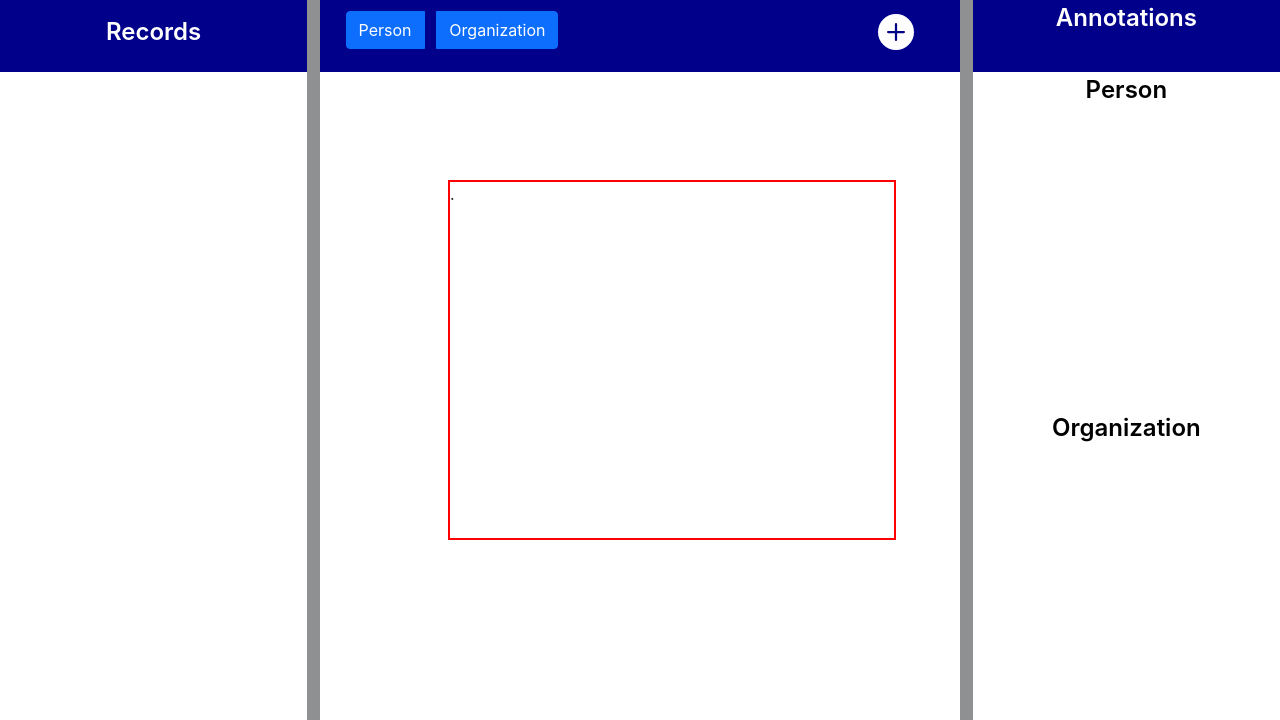
Repository: napan24/classforma_assignment
Page: / (app in client/)
An editor plug-in stored every save of this project. The page is shown before and after the next save, followed by the edit.
The browser window is 1280 px wide. The pictures show the whole page.
The project was rebuilt for these pictures with package versions that can differ from the ones it lists, and the page was loaded fresh each time. Also part of the build but not shown: client/src/App.css.

Above is the page before, as saved 2022-07-20 16:39:09.

### client/public/index.html
<!DOCTYPE html>
<html lang="en">
  <head>
    <meta charset="utf-8" />
    <link rel="icon" href="%PUBLIC_URL%/favicon.ico" />
    <meta name="viewport" content="width=device-width, initial-scale=1" />
    <meta name="theme-color" content="#000000" />
    <meta
      name="description"
      content="Web site created using create-react-app"
    />
    <link href="https://cdn.jsdelivr.net/npm/bootstrap@5.1.3/dist/css/bootstrap.min.css" rel="stylesheet" integrity="sha384-1BmE4kWBq78iYhFldvKuhfTAU6auU8tT94WrHftjDbrCEXSU1oBoqyl2QvZ6jIW3" crossorigin="anonymous">
    <link rel="apple-touch-icon" href="%PUBLIC_URL%/logo192.png" />
    <!--
      manifest.json provides metadata used when your web app is installed on a
      user's mobile device or desktop. See https://developers.google.com/web/fundamentals/web-app-manifest/
    -->
    <link rel="manifest" href="%PUBLIC_URL%/manifest.json" />
    <!--
      Notice the use of %PUBLIC_URL% in the tags above.
      It will be replaced with the URL of the `public` folder during the build.
      Only files inside the `public` folder can be referenced from the HTML.

      Unlike "/favicon.ico" or "favicon.ico", "%PUBLIC_URL%/favicon.ico" will
      work correctly both with client-side routing and a non-root public URL.
      Learn how to configure a non-root public URL by running `npm run build`.
    -->
    <title>React App</title>
  </head>
  <body>
    <noscript>You need to enable JavaScript to run this app.</noscript>
    <div id="root"></div>
    <!--
      This HTML file is a template.
      If you open it directly in the browser, you will see an empty page.

      You can add webfonts, meta tags, or analytics to this file.
      The build step will place the bundled scripts into the <body> tag.

      To begin the development, run `npm start` or `yarn start`.
      To create a production bundle, use `npm run build` or `yarn build`.
    -->
    <script src="https://cdn.jsdelivr.net/npm/bootstrap@5.1.3/dist/js/bootstrap.bundle.min.js" integrity="sha384-ka7Sk0Gln4gmtz2MlQnikT1wXgYsOg+OMhuP+IlRH9sENBO0LRn5q+8nbTov4+1p" crossorigin="anonymous"></script>
  </body>
</html>

### client/src/App.js
import logo from './logo.svg';
import './App.css';
import Home from './Home';

function App() {
  return (
    <>
      <Home></Home>
    </>
  );
}

export default App;

### client/src/Home.js
'strict origin'
import React, { useState, useEffect } from 'react'
const Home = () => {
    const [textField, setTextField] = useState();
    const [person, setPerson] = useState();
    const [place, setPlace] = useState();
    const [personName, setPersonName] = useState(['']);
    const [placeName, setPlaceName] = useState(['']);
    useEffect(() => {
        if (textField) {
            trending();
        }
    }, [textField])
    const trending = async () => {
        const res = await fetch("/", {
            method: 'POST',
            headers: {
                "Content-Type": "application/json"
            },
            body: JSON.stringify({ textField })
        });
        const result = await res.json();
        console.log(result);
        setPerson(result.filter((arr) => arr.type == 'Person'));
        setPlace(result.filter((arr) => arr.type[0] == 'Place'||arr.type[0] == 'PopulatedPlace'||arr.type[0] == 'Settlement'||arr.type[0] == 'City'));
    };
    useEffect(() => {
        setPersonName(['']);
        if (person) {
            person.forEach(function (arrayItem) {
                setPersonName(curr => [...curr, arrayItem.entityId]);
            });
        }
    }, [person])
    useEffect(() => {
        setPlaceName(['']);
        if (place) {
            console.log(place);
            place.forEach(function (arrayItem) {
                setPlaceName(curr => [...curr, arrayItem.entityId]);
            });
        }
    }, [place])
    const showFile = async (e) => {
        e.preventDefault()
        const reader = new FileReader()
        reader.onload = async (e) => {
            const text = (e.target.result)
            setTextField(text);
        };
        reader.readAsText(e.target.files[0])
    }
    function replace(e) {
        var data = e.currentTarget.parentElement.querySelector('.userName').innerHTML;
        setTextField(textField.replace(data, ''));
    }
    return (
        <>
        <div style={{height:"50vh",width:"35vw",backgroundColor:"white",position:"absolute",zIndex:'2',left:"35%",top:"25%",border:"2px solid red"}}>
            .
        </div>
            <div style={{ display: 'flex', width: "100vw", height: "100vh", backgroundColor: "#8f9091", overflow: "hidden" }}>
                <div style={{ width: "24vw", height: "100vh", backgroundColor: "white", marginRight: "1vw" }}>
                    <div style={{ width: "24vw", height: "10vh", backgroundColor: "#00008b", textAlign: 'center', fontSize: '150%', color: "white", fontWeight: "600", position: "fixed" }}>
                        <p style={{ marginTop: "2vh" }}>
                            Records
                        </p>
                    </div>
                    <div>

                    </div>
                </div>
                <div style={{ width: "50vw", height: "100vh", backgroundColor: "white", marginRight: "1vw", overflowY: "unset" }}>
                    <div style={{ width: "50vw", height: "10vh", backgroundColor: "#00008b", position: 'relative', overflowY: 'hidden' }}>
                        <div class="btn-group" style={{ marginTop: "1.5vh", marginLeft: "2vw" }}>
                            <button type="button" class="btn btn-primary" style={{ marginRight: "1vw" }}>Person</button>
                            <button type="button" class="btn btn-primary">Organization</button>
                        </div>
                        <label for="file">
                            <svg style={{ width: "20%", height: "50%", position: "absolute", right: "0", top: "2vh", color: "white" }} xmlns="http://www.w3.org/2000/svg" fill="currentColor" class="bi bi-plus-circle-fill" viewBox="0 0 16 16">
                                <path d="M16 8A8 8 0 1 1 0 8a8 8 0 0 1 16 0zM8.5 4.5a.5.5 0 0 0-1 0v3h-3a.5.5 0 0 0 0 1h3v3a.5.5 0 0 0 1 0v-3h3a.5.5 0 0 0 0-1h-3v-3z" />
                            </svg>
                        </label>
                        <input type="file" id="file" onChange={(e) => showFile(e)} style={{ display: "none" }} />
                    </div>
                    <div style={{ width: "48vw", height: "85vh", marginLeft: "2vw", marginTop: "5vh", overflowY: "scroll" }}>
                        {textField}
                    </div>
                </div>
                <div style={{ width: "24vw", height: "100vh", backgroundColor: "white" }}>
                    <div style={{ width: "24vw", height: "10vh", backgroundColor: "#00008b", textAlign: 'center', fontSize: '150%', color: "white", fontWeight: "600" }}>
                        <p>
                            Annotations
                        </p>
                    </div>
                    <div style={{ width: "24vw", height: "5vh", backgroundColor: "white", textAlign: 'center', fontSize: '150%', color: "black", fontWeight: "600",marginBottom:"2vh" }}>
                        <p>
                            Person
                        </p>
                    </div>
                    <div style={{ maxWidth: "24vw", height: "40vh", backgroundColor: "white", textAlign: 'center', fontSize: '150%', color: "black", fontWeight: "600", zIndex: "2", overflowY: "scroll", overflowX: "hidden" }}>
                        {personName && personName.map((user) => (
                            user.length > 0 && <div style={{ width: "24vw", color: "black", height: "3vh", fontSize: "2vh", position: 'relative', borderBottom: '1px solid black' }}>
                                <span className='userName' style={{ width: "12vw" }}>
                                    {user}
                                </span>
                                <svg onClick={(e) => { replace(e) }} style={{ width: "3.5vw", height: "3.5vh", position: 'absolute', right: "0vw", top: "0vh" }} xmlns="http://www.w3.org/2000/svg" style={{ height: "3vh", width: "2vw", color: 'red' }} fill="currentColor" class="bi bi-x" viewBox="0 0 16 16">
                                    <path d="M4.646 4.646a.5.5 0 0 1 .708 0L8 7.293l2.646-2.647a.5.5 0 0 1 .708.708L8.707 8l2.647 2.646a.5.5 0 0 1-.708.708L8 8.707l-2.646 2.647a.5.5 0 0 1-.708-.708L7.293 8 4.646 5.354a.5.5 0 0 1 0-.708z" />
                                </svg>
                            </div>
                        ))}
                    </div>
                    <div style={{ width: "24vw", height: "5vh", backgroundColor: "white", textAlign: 'center', fontSize: '150%', color: "black", fontWeight: "600",marginBottom:"2vh" }}>
                        <p>
                            Organization
                        </p>
                    </div>
                    <div style={{ width: "24vw", height: "40vh", backgroundColor: "white", textAlign: 'center', fontSize: '150%', color: "black", fontWeight: "600", overflowY: "scroll" }}>
                        {placeName && placeName.map((user) => (
                            user.length > 0 && <div style={{ width: "24vw", color: "black", height: "3vh", fontSize: "2vh", position: 'relative', borderBottom: '1px solid black' }}>
                                <span className='userName' style={{ width: "12vw" }}>
                                    {user}
                                </span>
                                <svg onClick={(e) => { replace(e) }} style={{ width: "3.5vw", height: "3.5vh", position: 'absolute', right: "0vw", top: "0vh" }} xmlns="http://www.w3.org/2000/svg" style={{ height: "3vh", width: "2vw", color: 'red' }} fill="currentColor" class="bi bi-x" viewBox="0 0 16 16">
                                    <path d="M4.646 4.646a.5.5 0 0 1 .708 0L8 7.293l2.646-2.647a.5.5 0 0 1 .708.708L8.707 8l2.647 2.646a.5.5 0 0 1-.708.708L8 8.707l-2.646 2.647a.5.5 0 0 1-.708-.708L7.293 8 4.646 5.354a.5.5 0 0 1 0-.708z" />
                                </svg>
                            </div>
                        ))}
                    </div>
                </div>
            </div>
        </>
    )
}

export default Home

Loaded but not shown: client/src/index.js (common file); client/src/index.css (common file); client/src/reportWebVitals.js (common file)

After the next save:
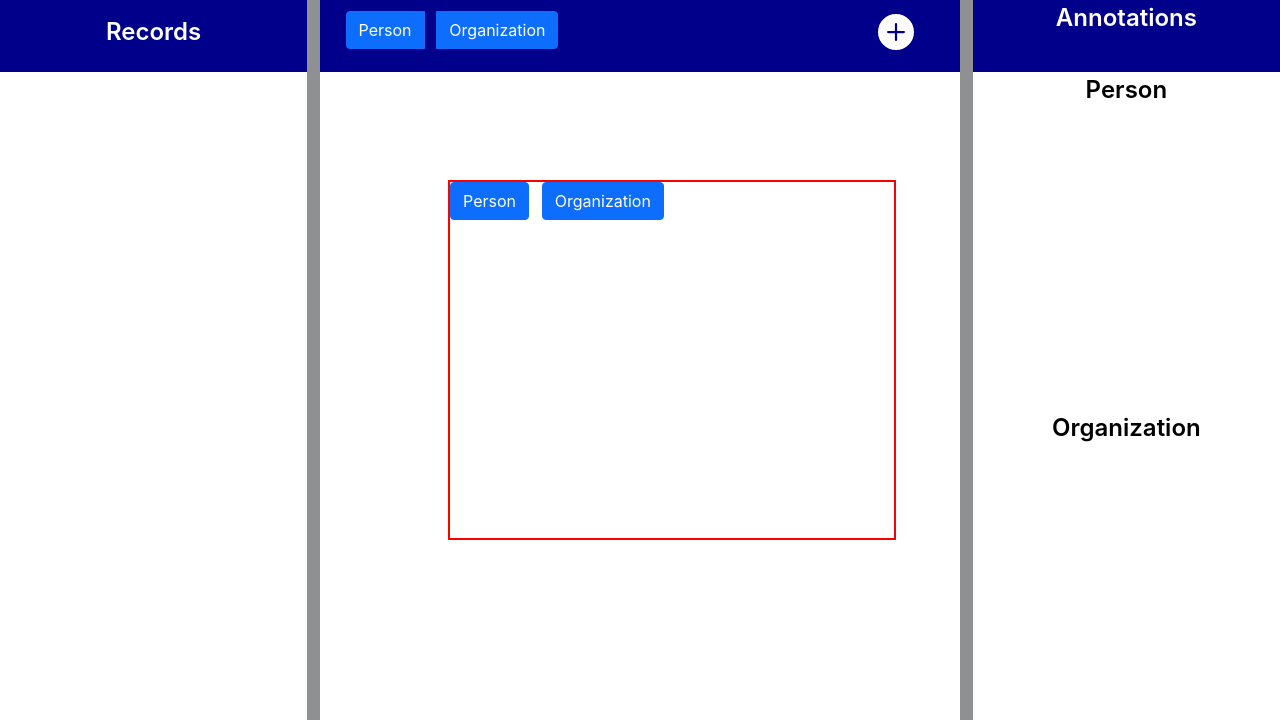
Saved 65 s later.
--- a/client/src/Home.js
+++ b/client/src/Home.js
@@ -22,7 +22,7 @@ const Home = () => {
         const result = await res.json();
         console.log(result);
         setPerson(result.filter((arr) => arr.type == 'Person'));
-        setPlace(result.filter((arr) => arr.type[0] == 'Place'||arr.type[0] == 'PopulatedPlace'||arr.type[0] == 'Settlement'||arr.type[0] == 'City'));
+        setPlace(result.filter((arr) => arr.type[0] == 'Place' || arr.type[0] == 'PopulatedPlace' || arr.type[0] == 'Settlement' || arr.type[0] == 'City'));
     };
     useEffect(() => {
         setPersonName(['']);
@@ -56,9 +56,10 @@ const Home = () => {
     }
     return (
         <>
-        <div style={{height:"50vh",width:"35vw",backgroundColor:"white",position:"absolute",zIndex:'2',left:"35%",top:"25%",border:"2px solid red"}}>
-            .
-        </div>
+            <div style={{ height: "50vh", width: "35vw", backgroundColor: "white", position: "absolute", zIndex: '2', left: "35%", top: "25%", border: "2px solid red" }}>
+                <button type="button" class="btn btn-primary" style={{ marginRight: "1vw" }}>Person</button>
+                <button type="button" class="btn btn-primary">Organization</button>
+            </div>
             <div style={{ display: 'flex', width: "100vw", height: "100vh", backgroundColor: "#8f9091", overflow: "hidden" }}>
                 <div style={{ width: "24vw", height: "100vh", backgroundColor: "white", marginRight: "1vw" }}>
                     <div style={{ width: "24vw", height: "10vh", backgroundColor: "#00008b", textAlign: 'center', fontSize: '150%', color: "white", fontWeight: "600", position: "fixed" }}>
@@ -93,7 +94,7 @@ const Home = () => {
                             Annotations
                         </p>
                     </div>
-                    <div style={{ width: "24vw", height: "5vh", backgroundColor: "white", textAlign: 'center', fontSize: '150%', color: "black", fontWeight: "600",marginBottom:"2vh" }}>
+                    <div style={{ width: "24vw", height: "5vh", backgroundColor: "white", textAlign: 'center', fontSize: '150%', color: "black", fontWeight: "600", marginBottom: "2vh" }}>
                         <p>
                             Person
                         </p>
@@ -110,7 +111,7 @@ const Home = () => {
                             </div>
                         ))}
                     </div>
-                    <div style={{ width: "24vw", height: "5vh", backgroundColor: "white", textAlign: 'center', fontSize: '150%', color: "black", fontWeight: "600",marginBottom:"2vh" }}>
+                    <div style={{ width: "24vw", height: "5vh", backgroundColor: "white", textAlign: 'center', fontSize: '150%', color: "black", fontWeight: "600", marginBottom: "2vh" }}>
                         <p>
                             Organization
                         </p>
